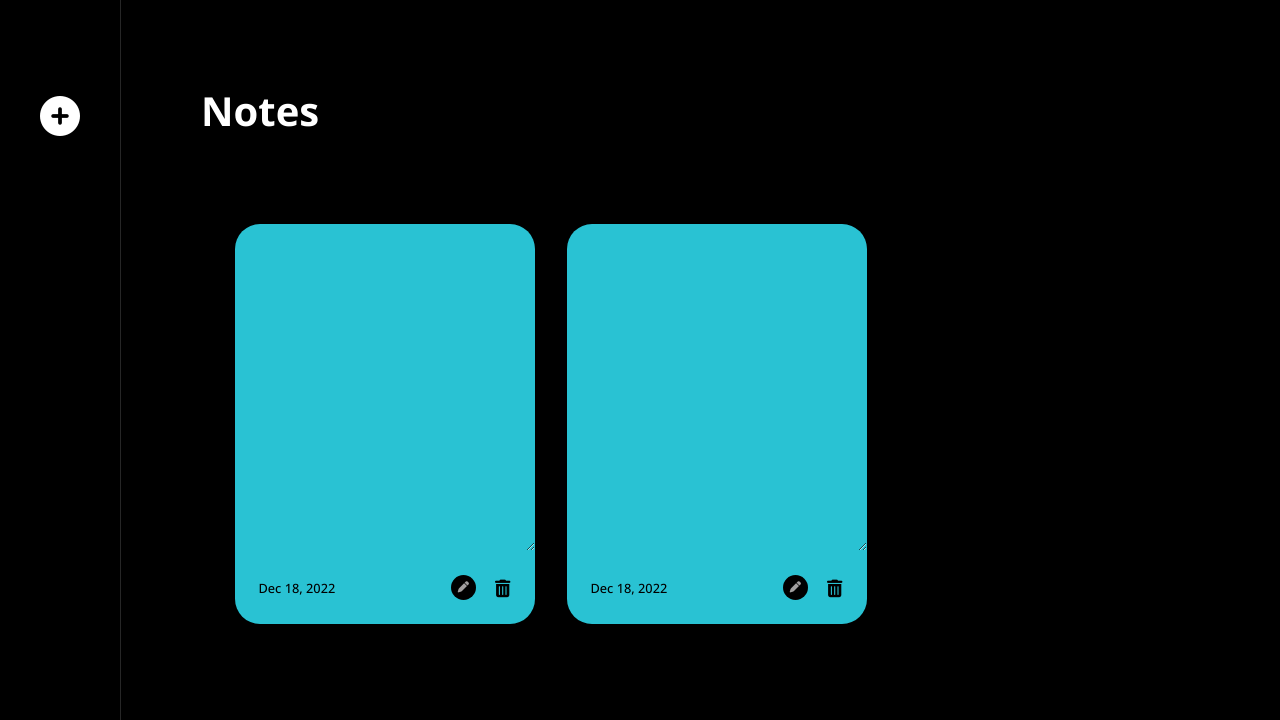
Repository: emiliaiwu/notes_app
Page: index.html
These files come from the project's save history. The page is drawn as it stood at one moment and after a run of saves; the edit follows.
The browser window is 1280 px wide. The pictures show the whole page.
An inner scrolling area shows only its first screen. Some web libraries are served in a nearby version.

Above is the page before, as saved 2022-12-21 01:01:12.

After the next 2 saves:
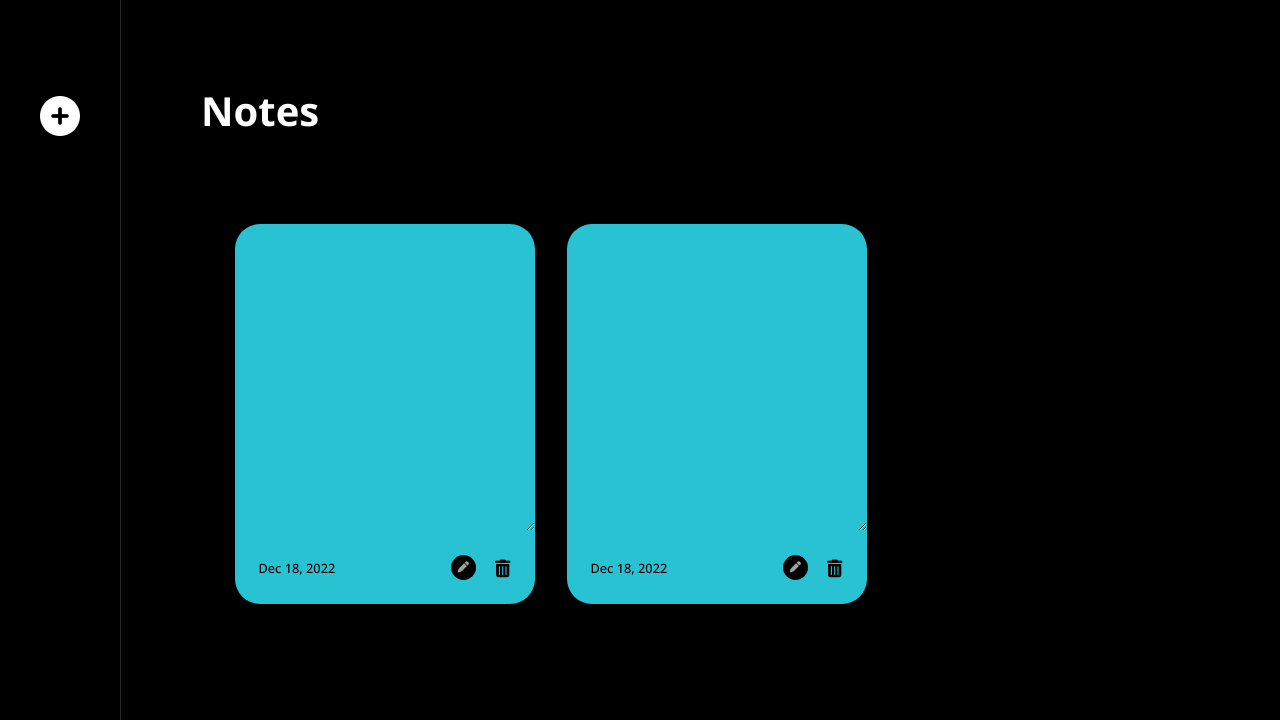
The 2 saves are shown as one change because they came seconds apart.
The last was saved 9 s later.
--- a/style.css
+++ b/style.css
@@ -84,7 +84,7 @@ h1 {
 .notes {
     display: grid;
     grid-template-columns: repeat(3, 300px);
-    grid-template-rows: repeat(3, 400px);
+    grid-template-rows: repeat(3, 380px);
    justify-content: center;
     gap: 2rem;
     width: 100%;
